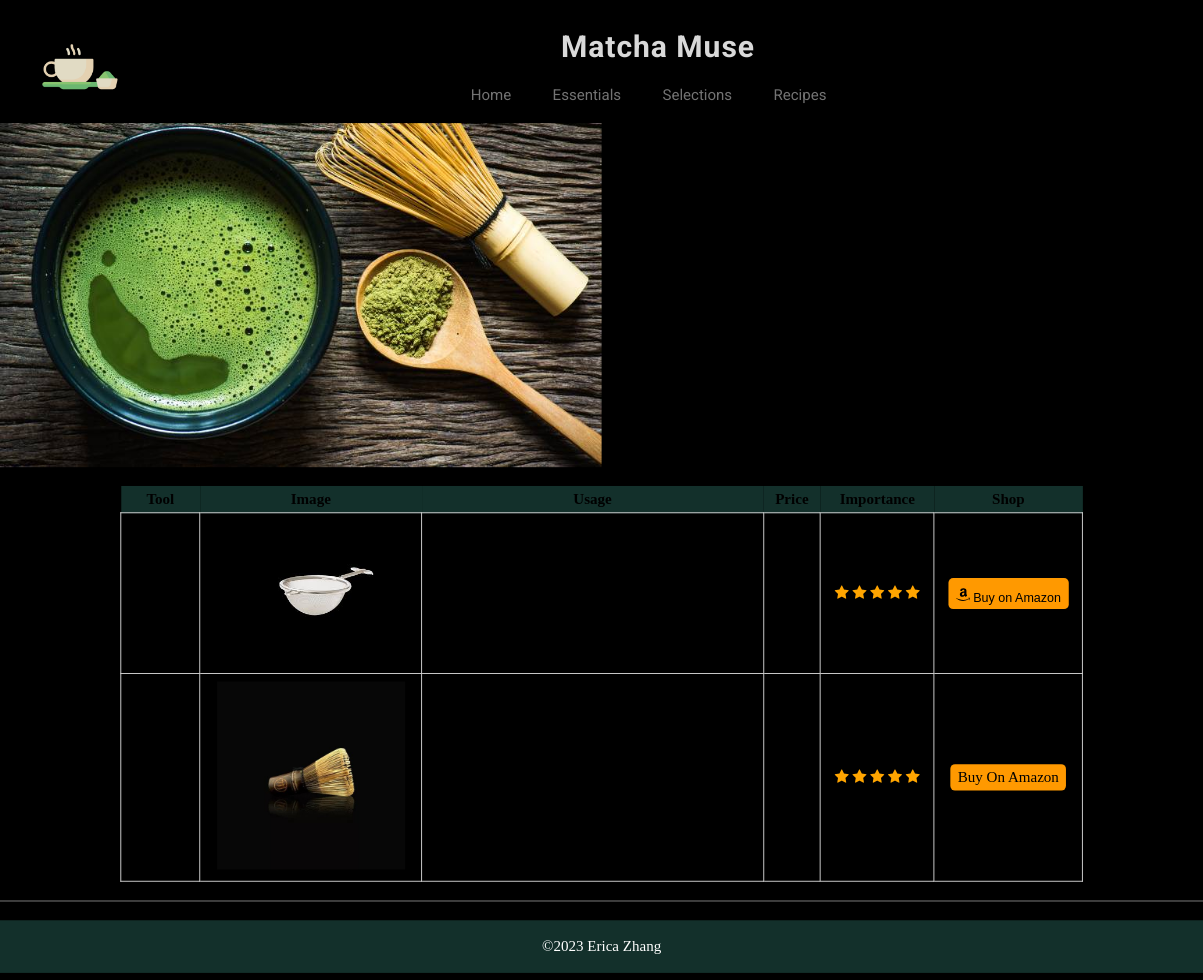
Repository: ericazz17/matchawebsite
Page: essentials.html
These files come from the project's save history. The page is drawn as it stood at one moment and after a run of saves; the edit follows.
The browser window is 1280 px wide. The pictures show the whole page, at 94% of full size.

Above is the page before, as saved 2023-09-26 04:53:33.

After the next 2 saves:
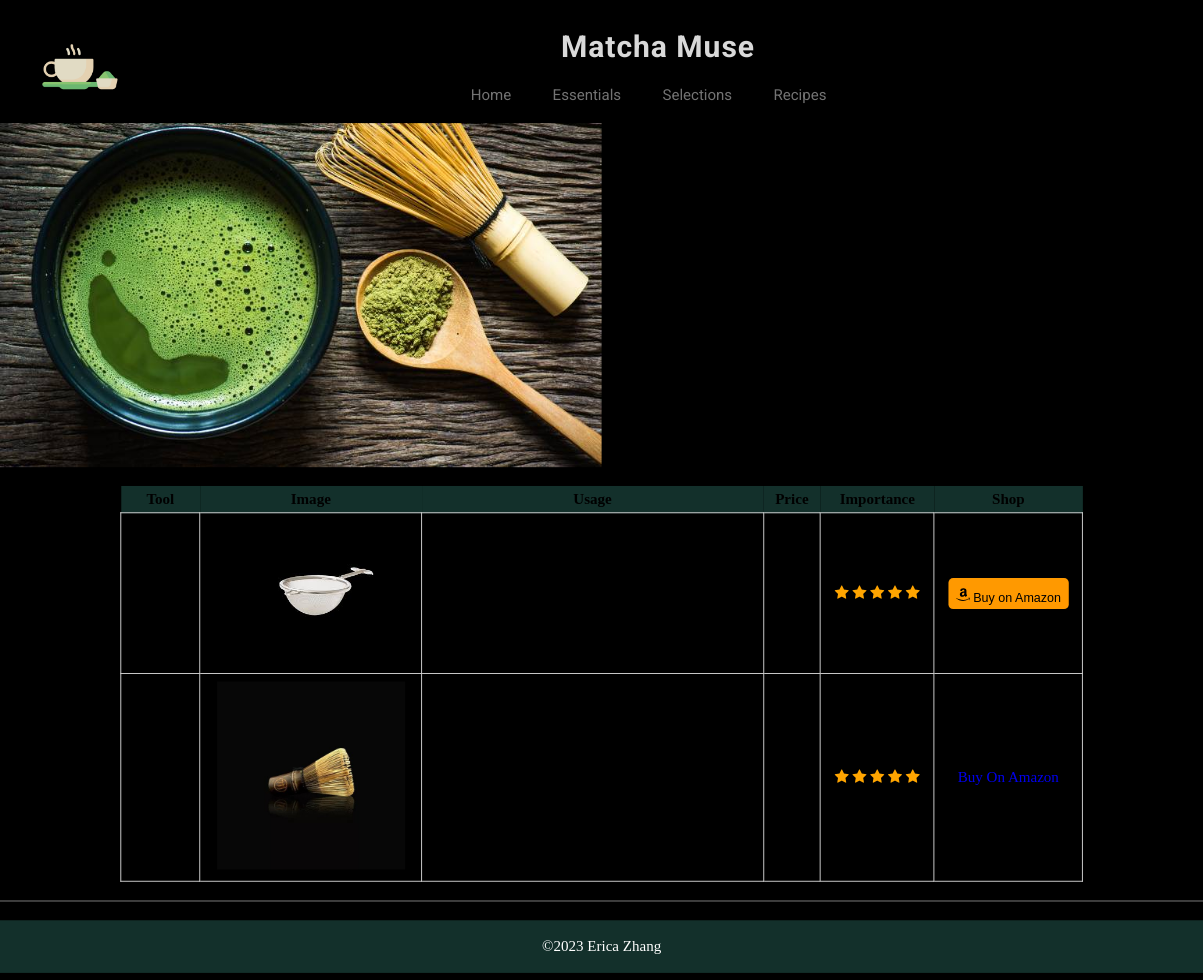
The 2 saves are shown as one change because they came seconds apart.
The last was saved 28 s later.
--- a/essentials.css
+++ b/essentials.css
@@ -234,7 +234,7 @@ footer {
     padding-left: 15%;
   }
 
-  .buy-now-button {
+  button.buy-now-button {
     background-color: #FF9900;
     padding: 5px 8px;
     text-decoration: none;
